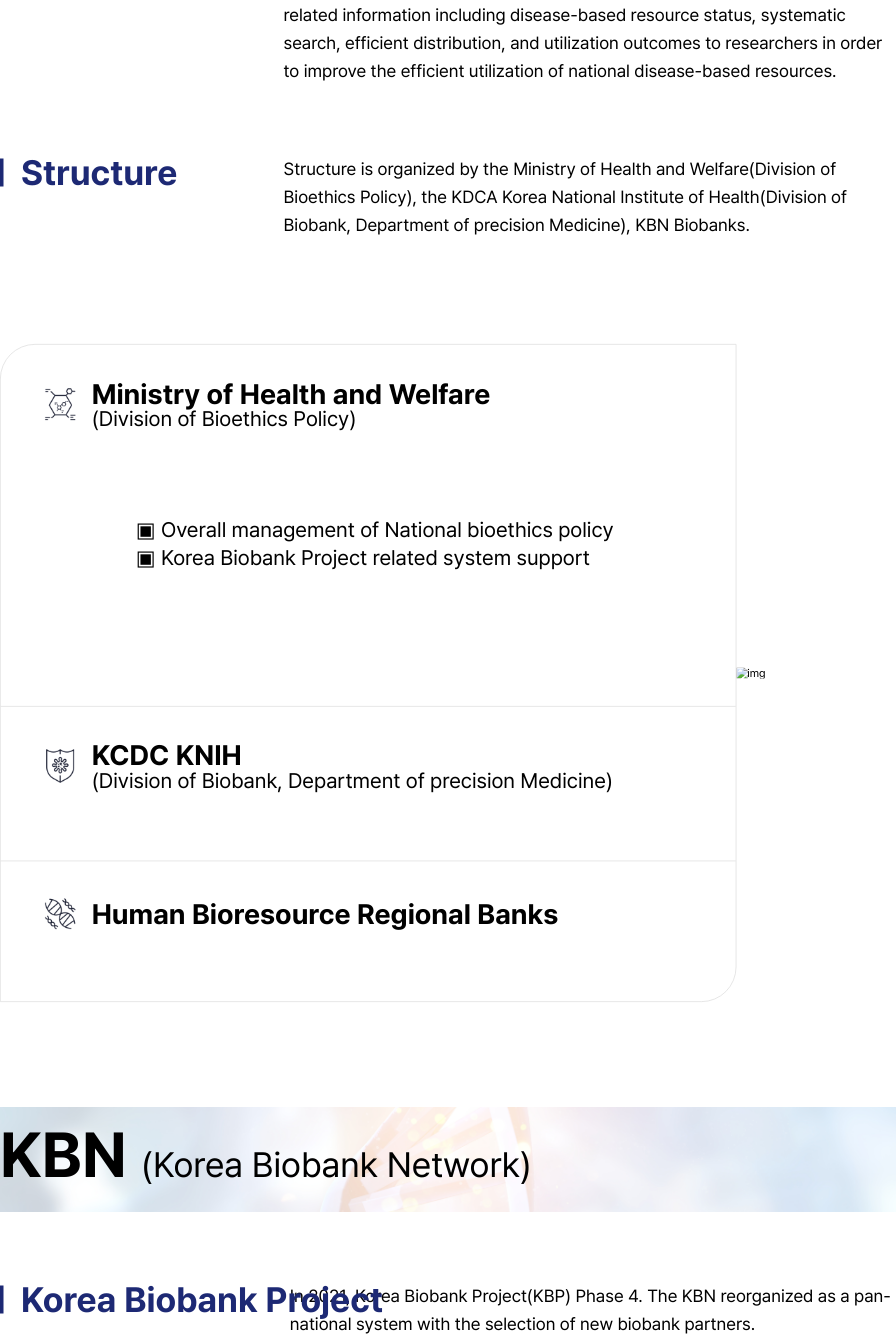
Repository: dlgywls1130/kbn_makedit
Page: index.html
The author's editor kept a copy of each file at every save. The page is drawn from the files as they stood at one save, then again after the next save.
The browser window is 1280 px wide. The pictures show the part of the page from y = 1489 to 3409 px (the page is 5507 px tall), at 70% of full size.
After loading, the first visible `div.accordion-item` was clicked once.
Some web libraries are served in a nearby version.

Above is the page before, as saved 2023-10-15 16:27:25.

### index.html
<!DOCTYPE html>
<html lang="en">
<head>
    <meta charset="UTF-8">
    <meta name="viewport" content="width=device-width, initial-scale=1.0">
    <title>KBN</title>

    <link rel="stylesheet" href="./css/reset.css">
    <link rel="stylesheet" href="./css/style.css">

    <!-- slick css -->
    <link rel="stylesheet"  type="text/css" href="./css/slick.css">

</head>
<body>

    <!-- header -->
    <header>
        <div class="header_wrapper">
            <div class="header_logo">
                <img src="./image/logo.png" alt="logo">
            </div>
            <ul class="nav_list">
                <li><a href="#about"> About us</a></li>
                <li><a href="#kbn">KBN</a></li>
                <li><a href="#sample">Sample status</a></li>
                <li><a href="#distribution">Distribution procedure</a></li>
                <li><a href="#biobanks">KBN Biobanks</a></li>
            </ul>
            <div class="header_en">
                <div class="en_icon">
                    <img src="./image/language.png" alt="icon">
                </div>
                <p>EN</p>
            </div>
        </div>

    </header>


    <!-- main banner -->
    <section>
        <div class="main_banner">
            <div class="slide_wrap">
                <div class="slide_list first-slide">
                    <div class="slide_content">
                        <h2 class="slide_title">
                            The Biggest Disease-based
                            <Br>Human Biobank Network of Korea
                        </h2>
                        <p class="slide_sub">
                            KBN, the largest biobank network in korea, collects, manages, and holds disease-based
                            <Br>human bioresources, i.e. various samples of more than 600,000 individuals.
                        </p>
                    </div>
                </div>
                <div class="slide_list second-slide">
                    <div class="slide_content">
                        <h2 class="slide_title">
                            KBN Distribution Support Center
                        </h2>
                        <p class="slide_sub">
                            The Center provides human bioresources, and clinical and epidemiological information
                            <Br> held by KBN biobanks nationwide and actively supports the distribution.

                        </p>
                    </div>
                </div>
                <div class="slide_list three-slide">

                    <div class="slide_content">
                        <h2 class="slide_title">
                            KBN Provides On-line Searching Database
                            <Br>and Operates Distribution Support Center
                        </h2>
                        <p class="slide_sub">
                            Researchers conduct KBN human bioresource search, while the distribution support
                            <Br>center provides services customized to individual users.
                        </p>
                    </div>
                </div>
            </div>
        </div>
    </section>

    <!-- about us -->
    <section id="about">
        <div class="about_wrap">
            <div class="content_width">
                <h2 class="section_title">About us</h2>
            </div>

            <div class="about-us">
                <div class="about_content">
                    <div class="content_list mb-100">
                        <div class="list_main">
                            KBN Portal
                        </div>
                        <div class="list_descript">
                            <p class="mb-50">The Korea Biobank Network’s Human Bioresource Sharing and Access Platform, established in 2019, aims
                            to expand the accessibility of the disease-based bioresources collected through KBN and develop a
                            system to collect high-quality standard clinical information, thereby establishing a distribution support
                            system tailored to researchers.</p>

                            <p>The KBN portal is the largest shared open platform for disease-based resource owned by KBN biobanks
                            involved in KDCA(Korea Disease Control and Prevention Agency) KBP(Korea Biobank Project).
                            It discloses and shares related information including disease-based resource status, systematic search,
                            efficient distribution, and utilization outcomes to researchers in order to improve the efficient utilization of
                            national disease-based resources.</p>
                        </div>
                    </div>
                    <div class="content_list">
                        <div class="list_main">
                            Structure
                        </div>
                        <div class="list_descript">
                            <p>Structure is organized by the Ministry of Health and Welfare(Division of Bioethics Policy), the KDCA Korea
                                National Institute of Health(Division of Biobank, Department of precision Medicine), KBN Biobanks.</p>
                        </div>
                    </div>
                </div>
                <div class="about_acodian">
                    <div class="acodian_list">
                        <div class="accordion-item">
                            <h3 class="title">
                                <div class="acodian_icon">
                                    <img src="./image/about_ico1.png" alt="icon">
                                </div>
                                <p>Ministry of Health and Welfare
                                    <span>(Division of Bioethics Policy)</span>
                                </p>

                            </h3>
                            <div class="paragraph">
                                <p>▣ Overall management of National bioethics policy</p>
                                <p>▣ Korea Biobank Project related system support</p>
                            </div>
                        </div>
                        <div class="accordion-item">
                            <h3 class="title">
                                <div class="acodian_icon">
                                    <img src="/image/about_ico2.png" alt="icon">
                                </div>
                                <p>KCDC KNIH
                                    <span>(Division of Biobank, Department of precision Medicine)</span>
                                </p>

                            </h3>
                            <div class="paragraph">
                                <p>▣ KBN management (National Biobank of Korea management)</p>
                                <p>▣ Collection, management, and distribution of large-scale population-based human bioresources </p>
                                <p>▣ Human bioresource management standardization and technology development</p>
                            </div>
                        </div>
                        <div class="accordion-item">
                            <h3 class="title">
                                <div class="acodian_icon">
                                    <img src="/image/about_ico3.png" alt="icon">
                                </div>
                                <p>Human Bioresource Regional Banks</p>

                            </h3>
                            <div class="paragraph">
                                <p>▣ Collection · management · distribution of disease-based human bioresources</p>
                                <p>▣ Organiztion and operation of Korea Biobank Council</p>
                            </div>
                        </div>
                    </div>
                    <div class="acodian_circle">
                        <img src="" alt="img">
                    </div>
                </div>
            </div>
        </div>

    </section>

    <!-- kbn -->

    <section id="kbn">
        <div class="kbn_wrap">
            <div class="content_width">
                <h2 class="section_title">KBN <span>(Korea Biobank Network)</span></h2>
            </div>
            <div class="kbn_content">
                <div class="content_list">
                    <div class="list_main">
                        Korea Biobank Project
                    </div>
                    <div class="list_descript">
                        <p>In 2021, Korea Biobank Project(KBP) Phase 4. The KBN reorganized as a pan-national system with the
                            selection of new biobank partners.
                            </p>

                        <p>The Phase 4 Project include initiative of collaborative subnetworks for specific disease-targeted future
                            biobanking(n=10) and biobank innovation consortia for biomedical and healthcare research(n=2).
                            </p>
                    </div>
                </div>
                <div class="kbn_guidance_wrap">

                </div>
            </div>
        </div>

    </section>

    <!-- sample -->

    <section id="sample">
        <div class="sample_wrap">
            <div class="content_width">
                <h2 class="section_title">Sample status <span>(as of December 31, 2022)</span></h2>
            </div>
            <div class="sample_content">
                <div class="sample_list">
                    <div class="sample_list_left">
                        <div class="sample_list_icon">
                            <img src="" alt="img">
                        </div>
                        <div class="sample_list_title">
                            Current Situation
                        </div>
                    </div>
                    <div class="sample_list_right">
                        <div class="right_span">
                            <span>participants</span>
                            <p>663,254</p>
                        </div>
                        <div class="right_span">
                            <span>vials</span>
                            <p>9,062,621</p>
                        </div>
                    </div>
                </div>
                <div class="sample_list">
                    <div class="sample_list_left">
                        <div class="sample_list_icon">
                            <img src="" alt="img">
                        </div>
                        <div class="sample_list_title">
                            Distribution
                        </div>
                    </div>
                    <div class="sample_list_right">
                        <div class="right_span">
                            <span>studies</span>
                            <p>3215</p>
                        </div>
                    </div>
                </div>
                <div class="sample_list">
                    <div class="sample_list_left">
                        <div class="sample_list_icon">
                            <img src="" alt="img">
                        </div>
                        <div class="sample_list_title">
                            Utilization
                        </div>
                    </div>
                    <div class="sample_list_right">
                        <div class="right_span">
                            <span>papers</span>
                            <p>948</p>
                        </div>
                        <div class="right_span">
                            <span>patents</span>
                            <p>116</p>
                        </div>
                    </div>
                </div>
            </div>
        </div>

    </section>

    <!-- Distribution  -->
    <section id="distribution">
        <div class="distribution_wrap">
            <div class="content_width">
                <h2 class="section_title white">Distribution procedure</h2>
            </div>
            <div class="distribution_about">
                <div class="content_list">
                    <div class="list_main">
                        Procedure
                    </div>
                    <div class="list_descript">
                        <p>KBN Human bioresources application procedure for distribution.</p>

                        <p>KBN distributes the collected human bioresources to researchers for domestic healthcare R&D.
                            For access to, researcher(s) residing in Korea and carrying out a research project that has obtained IRB
                            approval(or exemption) can apply for access to human bioresource distribution, and if approved by the
                            Access and Sharing Committee, the bioresources are released.
                        </p>
                    </div>
                </div>
                <div class="text_slide">

                </div>
            </div>
        </div>
    </section>

    <!-- Biobanks  -->
    <section id="biobanks">
        <div class="biobank_wrap">
            <div class="content_width">
                <h2 class="section_title">KBN Biobanks <span>- targeted diseases</span></h2>
            </div>
            <div class="biobank_content">
                <div class="biobank_tab">

                </div>

            </div>
        </div>

    </section>

    <!-- logo slide -->
    <section>
        <div class="logo_loop">

        </div>
    </section>

    <!-- footer -->
    <footer>
        <div class="footer_wrap">
            <div class="footer_left">
                <h3 class="footer_title">
                    CONTACT US
                </h3>

                <div class="footer_contain">
                    <ul>
                        <li class="footer_text">kbnysvc@gmail.com</li>
                        <li class="footer_phone">+82 -31-546-2715</li>
                        <li class="footer_text">Monday-Friday 8:30am ~ 5:30pm</li>
                        <li class="footer_text">(Saturday and Sunday, Holidays : ClOSED)</li>
                    </ul>
                    <ul>
                        <li><img src="" alt="icon"></li>
                        <li><img src="" alt="icon"></li>
                    </ul>
                </div>

                <p>Yongin Severance Hospital 363, Dongbaekjukjeon-daero, Giheung-gu, Yongin-si, Gyeonggi-do 16995, Republic of Korea</p>
            </div>

            <div class="footer_right">
                <div class="right_top">
                    <h3 class="footer_title">
                        SOCIAL LINKS
                    </h3>
                    <div class="footer_sns">
                        <a href="" class="link_sns">
                            <img src="" alt="sns">
                        </a>
                        <a href="" class="link_sns">
                            <img src="" alt="sns">
                        </a>
                        <a href="" class="link_sns">
                            <img src="" alt="sns">
                        </a>

                    </div>
                </div>
                <div class="right_bottom">
                    <h3 class="footer_title">
                        RELATED SITE
                    </h3>
                    <div class="link_site">
                        <a href="" class="site_link">
                            <img src="" alt="link">
                        </a>
                        <a href="" class="site_link">
                            <img src="" alt="link">
                        </a>

                    </div>
                </div>

            </div>
        </div>
        <div class="footer_copy">
            <p>YONSEI UNIVERSITY, YONGIN SEVERANCE HOSPITAL. ALL RIGHTS RESERVED </p>
            <div class="copy_right">
                <p>Personal information processing policy</p>
                <p>Terms and Conditions</p>
            </div>
        </div>
    </footer>


    <script type="text/javascript" src="//code.jquery.com/jquery-1.11.0.min.js"></script>
    <script src="./js/slick.min.js"></script>
    <script src="./js/main.js"></script>
</body>
</html>

### css/style.css
:root{
    --main-text:#1D2974;
    --black-text:#000;
}


/* common */

body{
    font-family: 'pretendard',sans-serif ;
}

/* font */
@font-face {
    font-family: pretendard;
    src: url('/font/Pretendard-Regular.woff2') format('woff2'),
    url('/font/Pretendard-Regular.woff') format('woff'),
    url('/font/Pretendard-Regular.ttf') format('ttf'),
    url('/font/Pretendard-Regular.otf') format('otf');
    font-weight: 400;
}

@font-face {
    font-family: pretendard;
    src: url('/font/Pretendard-Medium.woff2') format('woff2'),
    url('/font/Pretendard-Medium.woff') format('woff'),
    url('/font/Pretendard-Medium.ttf') format('ttf'),
    url('/font/Pretendard-Medium.otf') format('otf');
    font-weight: 500;
}

@font-face {
    font-family: pretendard;
    src: url('/font/Pretendard-Bold.woff2') format('woff2'),
    url('/font/Pretendard-Bold.woff') format('woff'),
    url('/font/Pretendard-Bold.ttf') format('ttf'),
    url('/font/Pretendard-Bold.otf') format('otf');
    font-weight: 700;
}


section{margin-bottom:150px;}

.section_title{
    font-size: 90px;
    font-weight: 700;
    line-height:40px;
    max-width: 1680px;
    width: 100%;
    margin: 0 auto;
}

.section_title span{
    font-weight: 300;
    font-size: 50px;
}

.content_width{
    width: 100%;
    height: 150px;
    background:url('/image/title_back.jpg');
    background-repeat: no-repeat;
    background-size:cover;
    margin-bottom: 100px;
    display: flex;
    align-items: center;
}

.content_list {
    display: flex;
    align-items: flex-start;
    justify-content: space-between;
}

.content_list .list_main{
    position: relative;
    width: 30%;
    font-size: 50px;
    font-weight: 700;
    color: var(--main-text);
    white-space: nowrap;
    padding-left: 30px;
}

.content_list .list_main::before{
    position: absolute;
    content: '';
    left: 0;
    top: 50%;
    transform: translate(0,-50%);
    height: 40px;
    width: 5px;
    background: var(--main-text);
}

.content_list .list_descript{
    width: 70%;
}

.content_list .list_descript p{
    font-size: 25px;
    font-weight: 300;
    line-height: 40px;
}


/* common margin */

.mb-50{margin-bottom: 50px;}
.mb-100{margin-bottom: 100px;}


/* header */

header{
    position: fixed;
    top: 0;
    left: 0;
    background: #fff;
    width: 100%;
    height: 138px;
    padding: 28px 0;
    box-sizing: border-box;
    z-index: 9;
}

.header_wrapper{
    max-width: 1680px;
    width: 100%;
    margin: 0 auto;
    display: flex;
    align-items: center;
    justify-content: space-between;
}

.header_logo{
    width: 250px;
    height: 80px;
}

.header_logo img{
    width: 100%;
    height: 100%;
    object-fit: contain;
}

.header_wrapper .nav_list{
    display: flex;
}

.header_wrapper .nav_list li{
    padding: 0 50px;
}

.header_wrapper .nav_list li a{
    font-size: 25px;
    font-weight: 500;
    line-height: 0.03em;
    text-decoration: none;
    color:var(--black-text);
}

.header_en{display: flex; align-items: center;}

.header_en .en_icon{
    width: 24px;
    height: 24px;
}

.header_en .en_icon img{
    width: 100%;
    height: 100%;
    object-fit: contain;
}

.header_en p{
    margin-left: 8px;
    font-size: 20px;
    font-weight: 700;
}

/* main_banner */

.slide_wrap .slide_list{
    width: 100%;
    height: 100vh;
    position: relative;
}

.slide_wrap .slide_list.first-slide{
    background: url('/image/main_slide1.jpg');
    background-repeat: no-repeat;
    background-position: right center;
    background-size: cover;
}

.slide_wrap .slide_list.second-slide{
    background: url('/image/main_slide2.jpg');
    background-repeat: no-repeat;
    background-position: center center;
    background-size: cover;
}

.slide_wrap .slide_list.three-slide{
    background: url('/image/main_slide3.jpg');
    background-repeat: no-repeat;
    background-position: left center;
    background-size: cover;
}

.slide_content{
width: 100%;
position: absolute;
right: 8%;
top: 40%;
transform: translate(0,-50%);
}

.slide_content .slide_title{
    font-size: 60px;
    font-weight: 700;
    color: #fff;
    letter-spacing: 0.07em;
    text-align: right;
}

.slide_content .slide_sub{
    font-size: 25px;
    font-weight: 400;
    color: #fff;
    letter-spacing: 0.04em;
    text-align: right;
    margin-top: 40px;
}

.slick-dots{
    display: flex!important;
    align-items: center;
    position: absolute;
    top: 65%;
    right: 8%;
    column-gap: 30px;
}

.slick-dots button {
    color: rgba(2255,255,255,0.45);
    background:none;
    border-bottom:5px solid rgba(255,255,255,0.45);
    font-size: 25px;
    font-weight: 700;
    padding-bottom: 15px;
    border-top: none;
    border-left: none;
    border-right: none;
    box-shadow: none;
    outline: none;
}

.slick-dots button:hover,
.slick-dots .slick-active button {
    border-bottom:5px solid rgba(255,255,255,1);
    color: rgba(255,255,255,1);
}

.slick-arrow{
position: absolute;
top: 55%;

}

.slick-next{
    right: 8%;
    transform: rotate(45deg);
}

.slick-prev{
    right: 10%;
    z-index: 1;
    transform: rotate(225deg);
}

.arrow{
    width: 30px; /* 사이즈 */
    height: 30px; /* 사이즈 */
    border-top: 8px solid #fff; /* 선 두께 */
    border-right: 8px solid #fff; /* 선 두께 */
}


/* about us */
.about-us{
    max-width: 1680px;
    margin: 0 auto;
}

.about_content{
    margin-bottom: 150px;
}

.about_acodian{
    display: flex;
    align-items: center;
}

.acodian_list{
    box-sizing: border-box;
    height: auto;
    border: 1px solid #DCDCDC;
    border-radius: 50px 0;
}

.accordion-item{
    padding: 50px 60px;
    border-bottom: 1px solid #DCDCDC;
}

.accordion-item:last-child{
    border-bottom: none;
}
.accordion-item .title{
 display: flex;
 align-items: center;
 padding-bottom: 50px;
 cursor: pointer;
}



.accordion-item .title p{
    font-size: 40px;
    font-weight: 700;
    color: #000;
    margin-left: 20px;
}

.accordion-item .title p span{
    font-size: 30px;
    font-weight: 300;
    display: block;
}

.accordion-item .acodian_icon{
    width: 50px;
    height: 50px;
}

.accordion-item .acodian_icon img{
    width: 100%;
    height: 100%;
}

.accordion-item .paragraph{
    display: none;
    font-size: 30px;
    font-weight: 300;
    line-height: 40px;
}

.accordion-item.active .paragraph {
    display: block;
    padding: 74px 114px 142px 133px;
}

Loaded but not shown: css/reset.css (common file); css/slick.css (common file); js/slick.min.js (library); js/main.js (33 lines, source omitted)

After the next save:
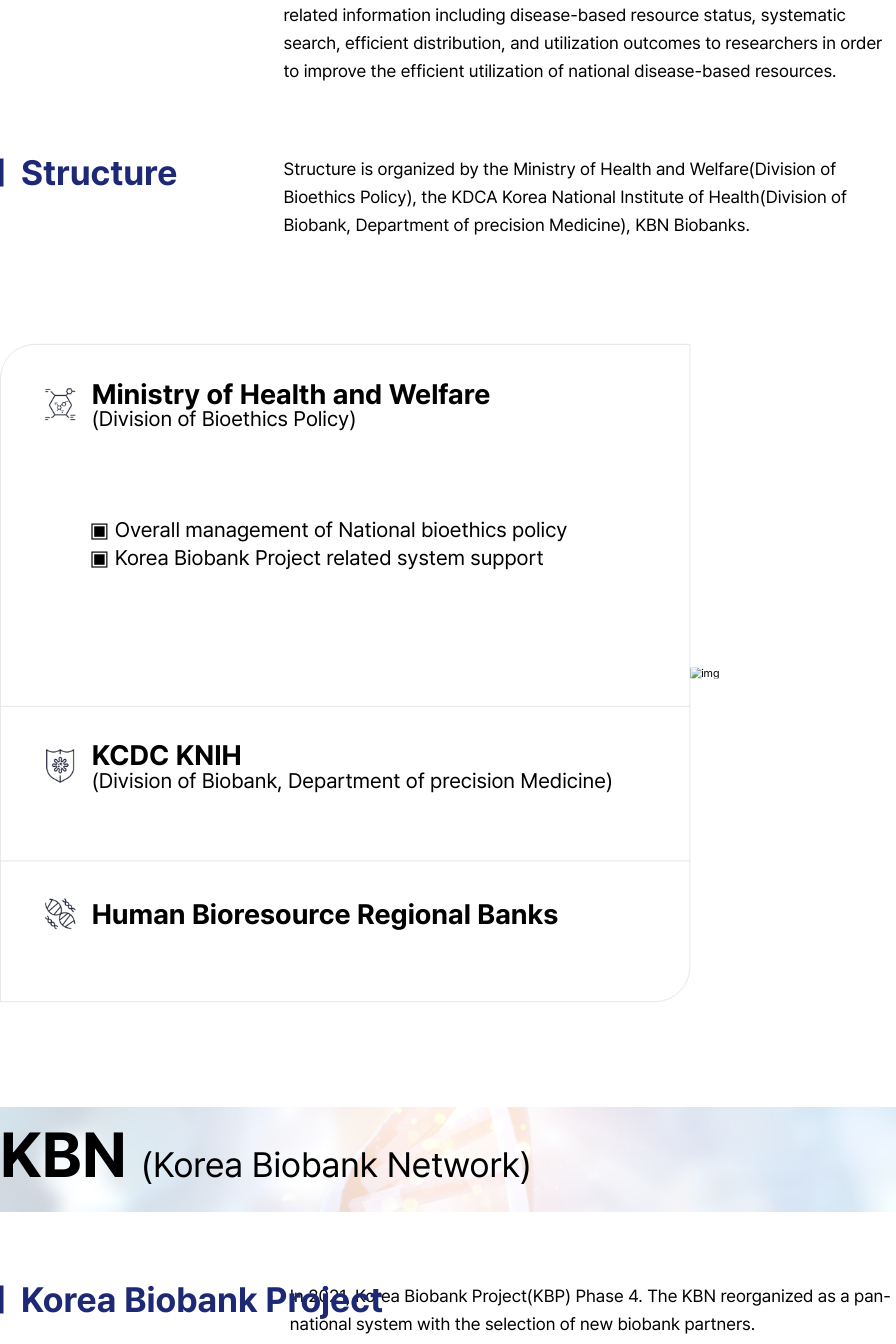
Saved 43 s later.
--- a/css/style.css
+++ b/css/style.css
@@ -358,5 +358,5 @@
 
 .accordion-item.active .paragraph {
     display: block;
-    padding: 74px 114px 142px 133px;
-}
+    padding: 74px 114px 142px 67px;
+}
